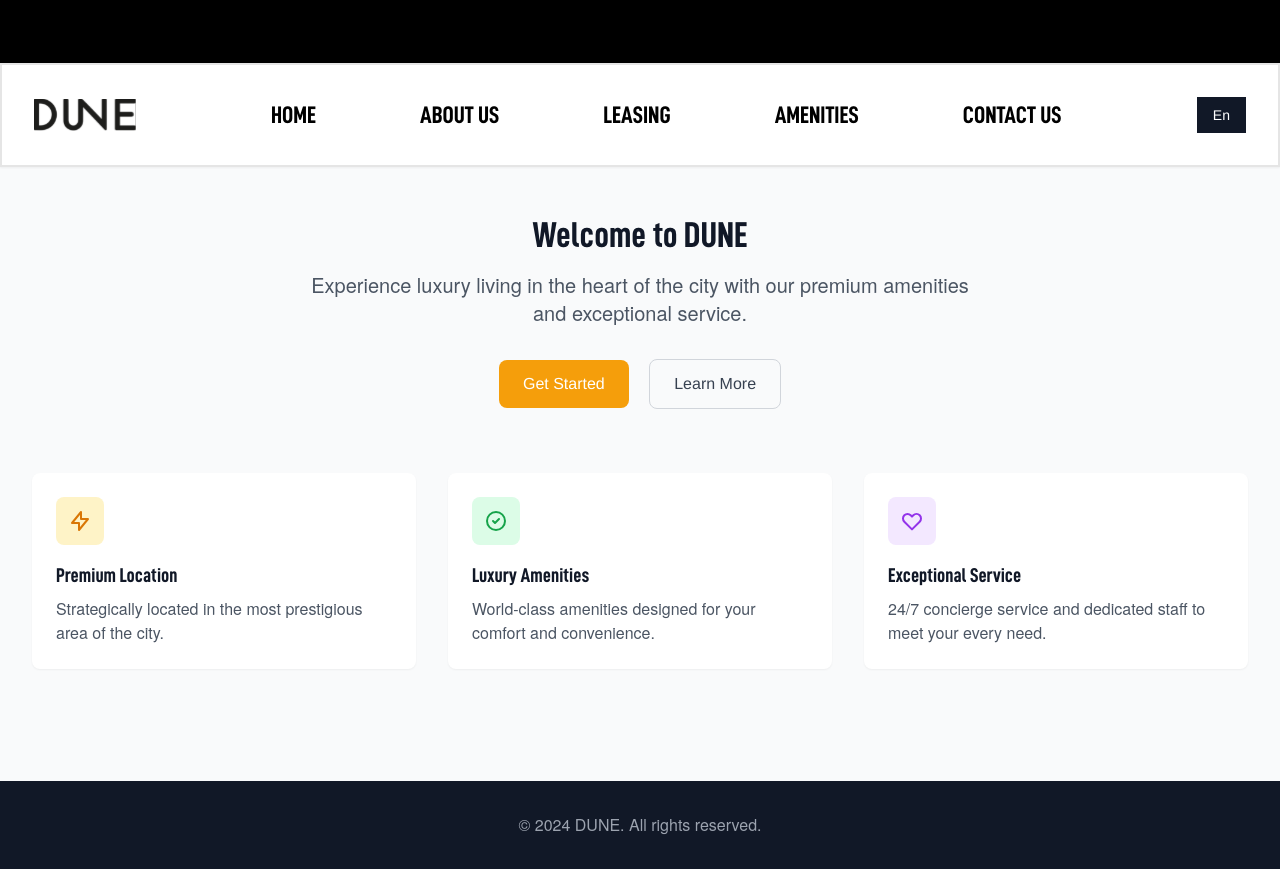
Repository: ahmedassr5765/dune
Page: index.html
These files come from the project's save history. The page is drawn as it stood at one moment and after the next save; the edit follows.
The browser window is 1280 px wide. The pictures show the whole page.
Some web fonts or font styles are not loaded; a fallback is used. Some web libraries are served in a nearby version.

Above is the page before, as saved 2025-07-12 17:49:14.

After the next save:
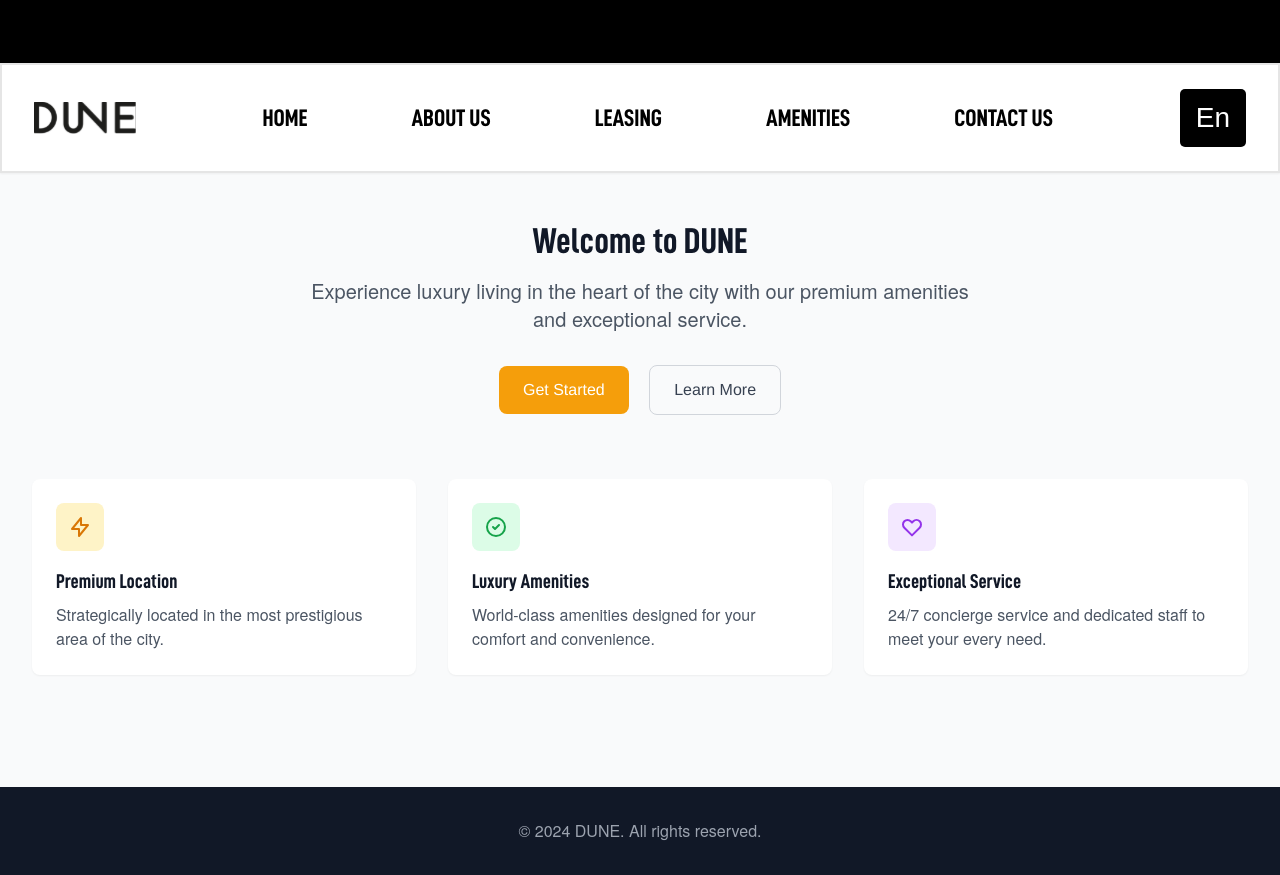
Saved 72 s later.
--- a/index.html
+++ b/index.html
@@ -123,7 +123,7 @@
                     <a href="#" class="text-black hover:text-[#FBAA19] px-3 py-2 text-[24px] font-ddin transition-colors duration-200 nav-link" data-en="CONTACT US" data-ar="اتصل بنا">CONTACT US</a>
                 </nav>
                 <div class="flex items-center lang-toggle">
-                    <button id="languageToggle" class="bg-gray-900 text-white px-4 py-2 text-sm font-medium hover:bg-gray-800 transition-colors duration-200 focus:outline-none focus:ring-2 focus:ring-gray-500 focus:ring-offset-2">
+                    <button id="languageToggle" class="bg-black text-white px-4 py-2 text-[28px] font-normal hover:bg-gray-800 transition-colors duration-200 focus:outline-none focus:ring-2 focus:ring-gray-500 focus:ring-offset-2 rounded-[5px]" style="font-family: 'DM Sans', sans-serif; font-weight: 400;">
                         En
                     </button>
                 </div>
